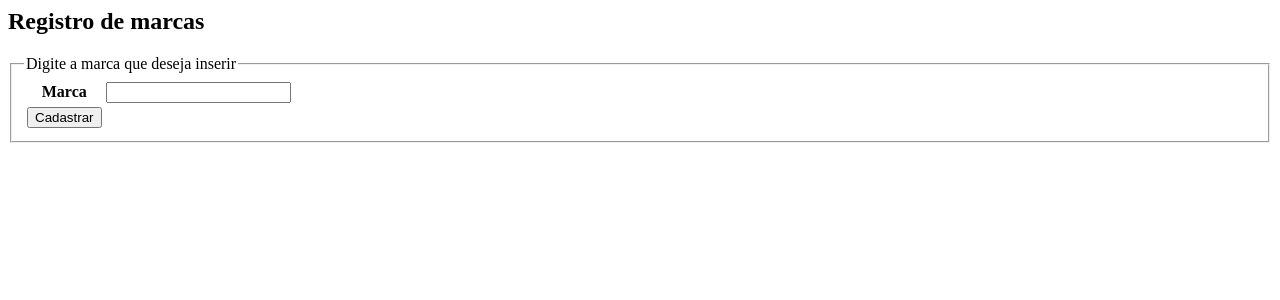
Repository: alysonrode/ProjetoTrilhaWeb
Page: ProjetoTrilhaWeb/WebContent/pages/admin/brands/index.html
The author's editor kept a copy of each file at every save. The page is drawn from the files as they stood at one save, then again after the next save.
The browser window is 1280 px wide. The pictures show the whole page.

Above is the page before, as saved 2019-10-30 00:51:36.

After the next save:
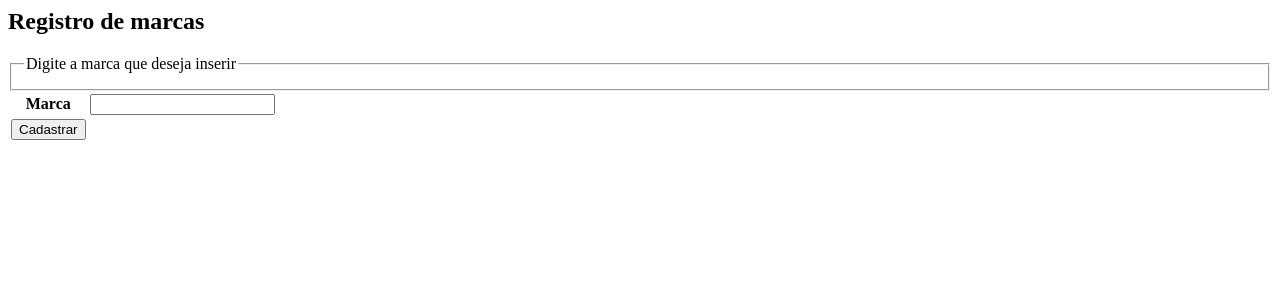
Saved 8 s later.
--- a/ProjetoTrilhaWeb/WebContent/pages/admin/brands/index.html
+++ b/ProjetoTrilhaWeb/WebContent/pages/admin/brands/index.html
@@ -1,10 +1,10 @@
 <h2>Registro de marcas</h2>
 <form name="frmInserirMarcas" id="inserirMarcas" class="frmInserir">
+
+
+        <table>
     <fieldset>
         <legend>Digite a marca que deseja inserir</legend>
-
-        <table>
-
 			<tr>
             <th> Marca </th>
             <td>

After the 2 saves that followed:
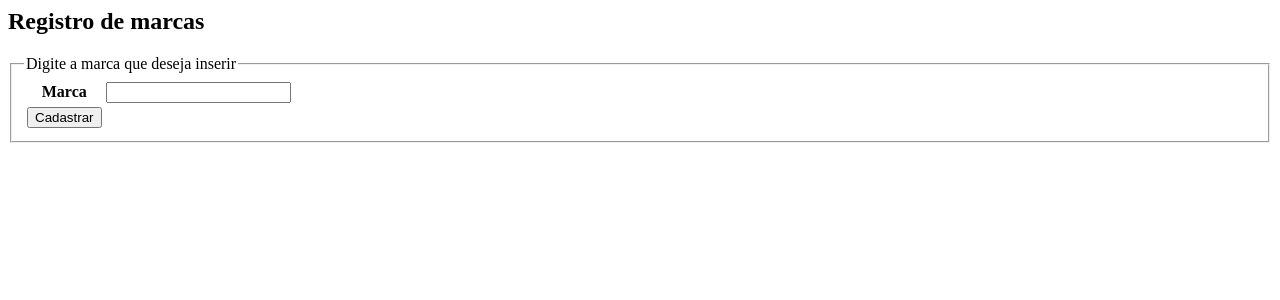
The 2 saves are shown as one change because 1 left the picture as it was.
The last was saved 90 s later.
--- a/ProjetoTrilhaWeb/WebContent/pages/admin/brands/index.html
+++ b/ProjetoTrilhaWeb/WebContent/pages/admin/brands/index.html
@@ -1,9 +1,8 @@
 <h2>Registro de marcas</h2>
 <form name="frmInserirMarcas" id="inserirMarcas" class="frmInserir">
+    <fieldset>
+  <table>
 
-
-        <table>
-    <fieldset>
         <legend>Digite a marca que deseja inserir</legend>
 			<tr>
             <th> Marca </th>
@@ -18,7 +17,7 @@
             </tr>
 
 
-        </table>
+  </table>
+    </fieldset>
 
-    </fieldset>
 </form>
